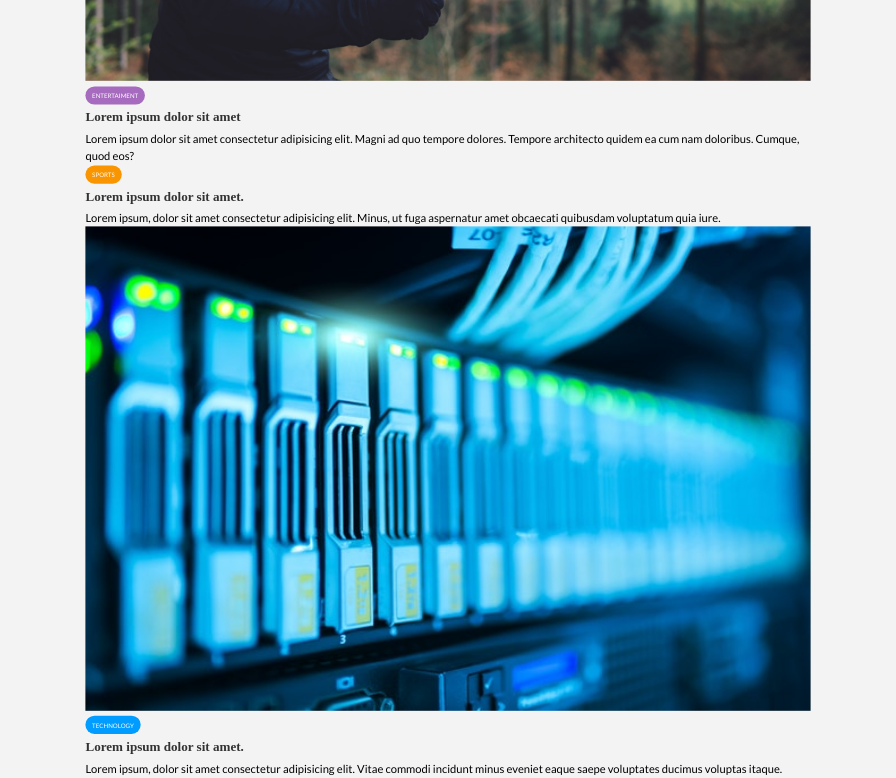
Repository: EswinGiova/NewsGrid
Page: index.html
The author's editor kept a copy of each file at every save. The page is drawn from the files as they stood at one save, then again after the next save.
The browser window is 1280 px wide. The pictures show the part of the page from y = 1038 to 2958 px (the page is 2149 px tall before and 2958 px after), at 70% of full size.
Some web libraries are served in a nearby version.

Above is the page before, as saved 2020-09-19 20:28:37.

### index.html
<!DOCTYPE html>
<html lang="en">
  <head>
    <meta charset="UTF-8" />
    <meta name="viewport" content="width=device-width, initial-scale=1.0" />
    <link rel="shortcut icon" type="image/x-icon" href="favicon.ico" />
    <link
      href="https://fonts.googleapis.com/css2?family=Lato&family=Staatliches&display=swap"
      rel="stylesheet"
    />
    <link rel="stylesheet" href="./css/style.css" />
    <link
      rel="stylesheet"
      media="screen and (max-width: 768px)"
      href="./css/mobile.css"
    />

    <link
      rel="stylesheet"
      href="https://cdnjs.cloudflare.com/ajax/libs/font-awesome/5.14.0/css/all.min.css"
      integrity="sha512-1PKOgIY59xJ8Co8+NE6FZ+LOAZKjy+KY8iq0G4B3CyeY6wYHN3yt9PW0XpSriVlkMXe40PTKnXrLnZ9+fkDaog=="
      crossorigin="anonymous"
    />

    <title>NewsGrid | Latest News</title>
  </head>
  <body>
    <nav id="main-nav">
      <div class="container">
        <img src="./image_resources/logo.png" alt="" class="logo" />
        <div class="social">
          <a href="#" target="_blank"><i class="fab fa-facebook fa-2x"></i></a>
          <a href="#" target="_blank"><i class="fab fa-twitter fa-2x"></i></a>
          <a href="#" target="_blank"><i class="fab fa-instagram fa-2x"></i></a>
          <a href="#" target="_blank"><i class="fab fa-youtube fa-2x"></i></a>
        </div>
        <ul>
          <li><a href="#" class="current">Home</a></li>
          <li><a href="#">About </a></li>
        </ul>
      </div>
    </nav>

    <header id="showcase">
      <div class="container">
        <div class="showcase-container">
          <div class="showcase-content">
            <div class="category category-sports">Sports</div>
            <h1>Some Shit</h1>
            <p>
              Lorem ipsum, dolor sit amet consectetur adipisicing elit.
              Distinctio non praesentium a obcaecati veritatis quis quaerat
              cumque dolore dolorum libero! Neque distinctio aut expedita
              officiis!
            </p>
            <a href="./article.html" class="btn btn-primary">Read More </a>
          </div>
        </div>
      </div>
    </header>
    <!-- Hombe articles -->

    <section id="home-articles" class="py-2">
      <h2>Editors Picks</h2>

      <div class="container">
        <article class="card">
          <img src="./image_resources/articles/ent1.jpg" alt="" />
          <div>
            <div class="category category-ent">Entertaiment</div>
            <h3>
              <a href="./article.html">Lorem ipsum dolor sit amet</a>
            </h3>
            <p>
              Lorem ipsum dolor sit amet consectetur adipisicing elit. Magni ad
              quo tempore dolores. Tempore architecto quidem ea cum nam
              doloribus. Cumque, quod eos?
            </p>
          </div>
        </article>
        <article class="card">
          <div class="category category-sports">Sports</div>
          <h3>
            <a href="./article.html">Lorem ipsum dolor sit amet.</a>
          </h3>
          <p>
            Lorem ipsum, dolor sit amet consectetur adipisicing elit. Minus, ut
            fuga aspernatur amet obcaecati quibusdam voluptatum quia iure.
          </p>
        </article>

        <article class="card">
          <img src="./image_resources/articles/tech1.jpg" alt="" />
          <div class="category category-tech">Technology</div>
          <h3><a href="./article.html">Lorem ipsum dolor sit amet.</a></h3>
          <p>
            Lorem ipsum, dolor sit amet consectetur adipisicing elit. Vitae
            commodi incidunt minus eveniet eaque saepe voluptates ducimus
            voluptas itaque.
          </p>
        </article>
      </div>
    </section>
  </body>
</html>

### css/style.css
:root {
  --primary-color: #c72727;
  --secondary-color: #f99500;
  --light-color: #f3f3f3;
  --dark-color: #333;
  --max-width: 1100px;
}

.category {
  --sports-color: #f99500;
  --ent-color: #a66bbe;
  --tech-color: #009cff;
}
* {
  margin: 0;
  padding: 0;
  box-sizing: border-box;
}
body {
  font-family: 'Lato', sans-serif;
  line-height: 1.5;
  background: var(--light-color);
}

a {
  color: var(--dark-color);
  text-decoration: none;
}

ul {
  list-style: none;
}

img {
  width: 100%;
}

h1,
h2,
h3,
h4,
h5,
h6 {
  font-family: 'Staaliches', cursive;
  margin-bottom: 0.55rem;
  line-height: 1.3rem;
}

/*  utility class */

.container {
  max-width: var(--max-width);
  margin: auto;
  padding: 0 2rem;
  overflow: hidden;
}

/* category */

.category {
  display: inline-block;
  color: #fff;
  font-size: 0.55rem;
  text-transform: uppercase;
  padding: 0.4rem 0.6rem;
  border-radius: 15px;
  margin-bottom: 0.5rem;
}

.category-sports {
  background: var(--sports-color);
}
.category-ent {
  background: var(--ent-color);
}
.category-tech {
  background: var(--tech-color);
}

/* btn */

.btn {
  display: inline-block;
  border: none;
  background: var(--dark-color);
  color: #fff;
  padding: 0.5rem 1.5rem;
}

.btn-light {
  background: var(--light-color);
}
.btn-primary {
  background: var(--primary-color);
}
.btn-secondary {
  background: var(--secondary-color);
}
.btn:hover {
  opacity: 0.8;
}

.btn-block {
  display: block;
  width: 100%;
  text-align: center;
}

/* Navigation */
#main-nav {
  background: #fff;
  position: sticky;
  top: 0;
  z-index: 2;
}

#main-nav .container {
  display: grid;
  grid-template-columns: 6fr 3fr 2fr;
  padding: 1rem;
  align-items: center;
}

#main-nav .logo {
  width: 180px;
}

#main-nav ul {
  display: flex;
  justify-self: end;
}

#main-nav ul li a {
  padding: 0.77rem;
  font-weight: bold;
}

#main-nav ul li .current {
  background: var(--primary-color);
  color: white;
}

#main-nav ul li .current:hover {
  background: var(--light-color);
  color: var(--dark-color);
}
#main-nav .social {
  justify-self: center;
}

#main-nav .social i {
  color: #777;
  margin-left: 0.5rem;
}

/* showcase */
#showcase {
  background: #333;
  color: #fff;
  position: relative;
}

#showcase:before {
  content: '';
  background: url('../image_resources/featured.jpg') center center/cover;
  position: absolute;
  top: 0;
  left: 0;
  width: 100%;
  height: 100%;
  opacity: 0.4;
}
#showcase .showcase-container {
  height: 50vh;
  display: grid;
  grid-template-columns: repeat(2, 1fr);
  justify-content: center;
  align-content: center;
}
#showcase .showcase-container .showcase-content {
  z-index: 2;
  text-align: justify;
}
#showcase .showcase-container .showcase-content p {
  margin: 1rem 0;
}

Loaded but not shown: css/mobile.css (no copy from this time; the picture is the same without it)

After the next save:
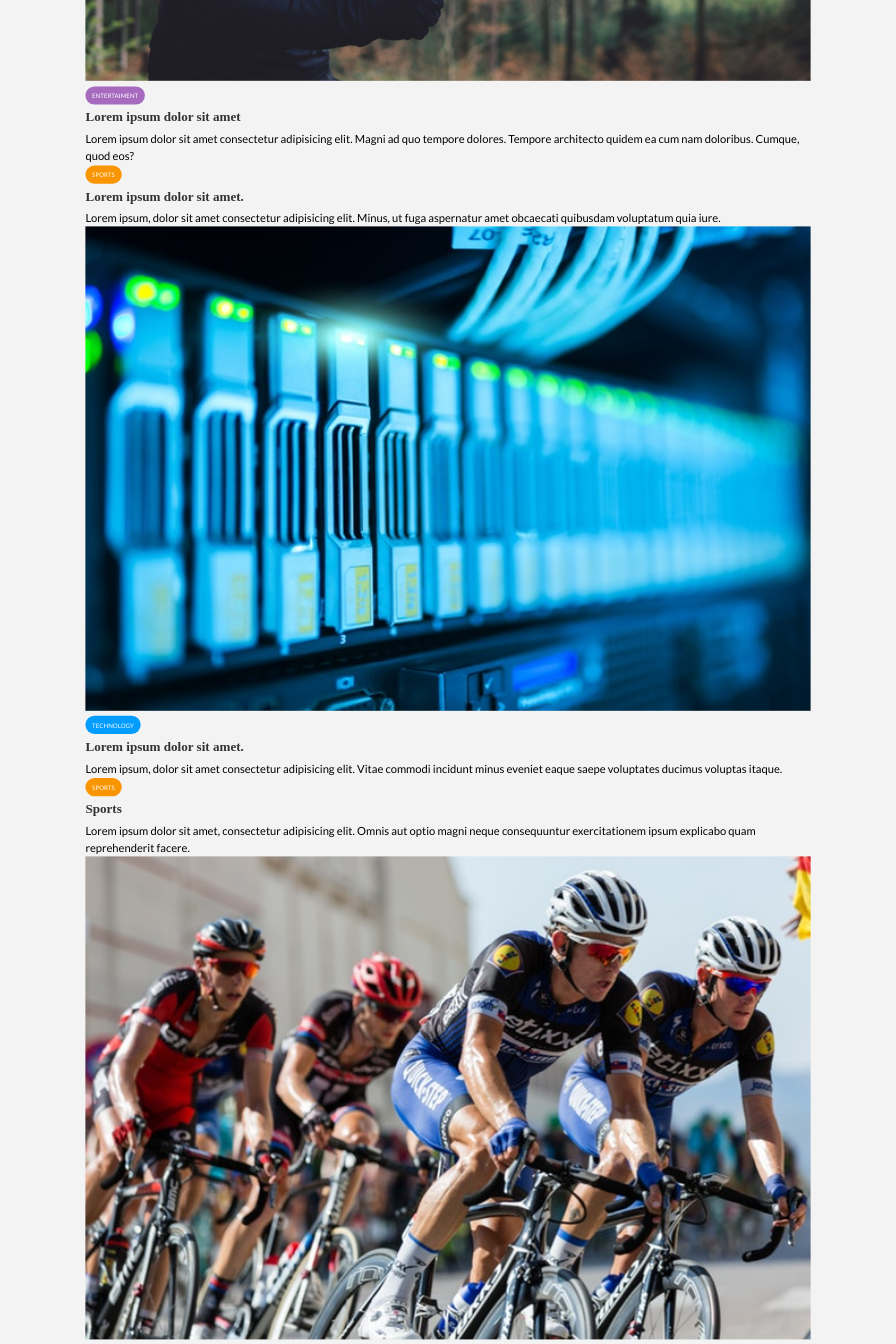
Saved 95 s later.
--- a/index.html
+++ b/index.html
@@ -99,6 +99,19 @@
             voluptas itaque.
           </p>
         </article>
+
+        <article class="card">
+          <div class="category category-sports">Sports</div>
+          <h3>
+            <a href="./article.html">Sports</a>
+          </h3>
+          <p>
+            Lorem ipsum dolor sit amet, consectetur adipisicing elit. Omnis aut
+            optio magni neque consequuntur exercitationem ipsum explicabo quam
+            reprehenderit facere.
+          </p>
+          <img src="./image_resources/articles/sports1.jpg" alt="" />
+        </article>
       </div>
     </section>
   </body>
